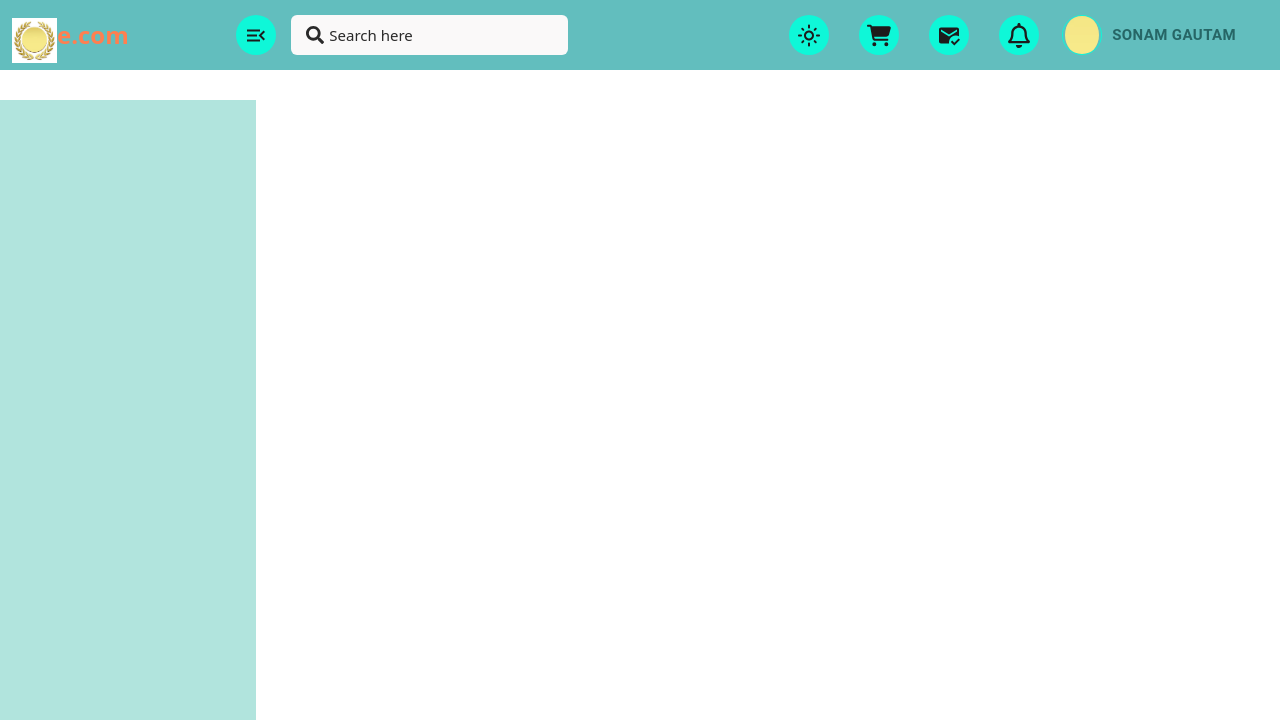
Repository: gautamsonam011/admin-react-dashboard
Page: /
An editor plug-in stored every save of this project. The page is shown before and after the next save, followed by the edit.
The browser window is 1280 px wide. The pictures show the whole page.
The project was rebuilt for these pictures with package versions that can differ from the ones it lists, and the page was loaded fresh each time.

Above is the page before, as saved 2025-04-15 14:27:24.

### src/App.js
import { BrowserRouter, Routes, Route } from 'react-router-dom';
import './App.css';
import 'bootstrap/dist/css/bootstrap.min.css';
import Dashboard from './pages/Dashboard/Dashboard';
import Header from "./components/Header/index";
import Sidebar from './components/Sidebar';

function App() {
  return (
    <BrowserRouter>
    <Header/>
    <div className='main d-flex'>
      <div className='sidebarWrapper'>
        <Sidebar/>
      </div>
    </div>
    <div className='content'>
    <Routes>
      <Route path = "/" exact={true} element={<Dashboard/>} />
    </Routes>
    </div>

    </BrowserRouter>
  );
}

export default App;

### src/App.css
@import url('https://fonts.googleapis.com/css2?family=Ubuntu:ital,wght@0,300;0,400;0,500;0,700;1,300;1,400;1,500;1,700&display=swap');

body{
  font-family: "Ubuntu", sans-serif;
  background-color: #f4f8f7;

}

header{
  width:100%;
  height: 70px;
  background-color:#62bebe;
  position: fixed;
  top:0px;
  left:0px;
  z-index: 1000;
}
header .logo{
  text-decoration: none;
}
header .logo img{
  margin-top: 10px;
  width:45px;

}

header .logo span{
color: coral;
font-weight: bolder;
font-size: 24px;
}
header button.rounded-circle{min-width:40px !important; width:40px !important; height: 40px !important; background-color:#0ff7d8 !important; margin: 15px;}
header button.rounded-circle svg{color:rgb(29, 27, 27); font-size: 25px !important; transition: all 0.2s ease-in-out;}
header button.rounded-circle:hover svg{color: #2585d4 !important;}
.searchBox{width:400px; height: 40px; background-color:#faf9f9; border-radius: 6px;padding: 3px 15px;}
.searchBox input{background: transparent;border:0px; outline:none; padding-left: 5px; font-size: 15px; color:#292929}
.searchBox input::-webkit-input-placeholder{color:#292929}
.searchBox svg{font-size: 18px; color:#292929 ;}

.userImg{display: flex; align-items:center; justify-content: center; overflow: hidden; width:40px; height: 40px; border:1px solid #0ff7d8; padding: 2px; border-radius: 100%;}
.userImg .rounded-circle{display: flex; align-items:center; justify-content: center; overflow: hidden; width: 40px; height: 40px; cursor: pointer; position: relative;}
.userImg .rounded-circle .img{object-fit: cover; width: 100%;}
.userInfo{padding-left: 10px;}
.userInfo h5{font-size: 15px; font-weight: 600; margin-bottom:0px; color: #266666;}

#account-menu li{font-size: 14px !important;}
#account-menu li svg{font-size: 20px !important}

.dropdown-info{padding-left: 6px;}
.dropdown-info h4{font-size: 15px; font-weight:600;margin-top: 2px; white-space: break-space; line-height: 21px;}
.dropdown-info p{font-size: 10px; color: #2585d4;}


/* Style for sidebar  */

.main .sidebarWrapper{width: 20%; flex: 0 0 20%; transition: all 0.3s ease-in-out;}
.main .sidebarWrapper .sidebar{width:20%; height: 100vh; position:fixed; top: 100px; left:0px; background:#b1e4dd;}

### src/pages/Dashboard/Dashboard.jsx
const Dashboard = () =>{
    return (
        <>
        <h1>Dashboard</h1>
        </>
    )
}

export default Dashboard;

### src/components/Header/index.jsx
import React, { useState } from 'react';
import { Link } from "react-router-dom";
import logo from "../../assests/images/logo.jpg";
import Button from '@mui/material/Button';
import { MdMenuOpen } from "react-icons/md";
// import { MdOutlineMenu } from "react-icons/md";
import SearchBox from "../SearchBox";
import { MdOutlineLightMode } from "react-icons/md";
// import { MdDarkMode } from "react-icons/md";
import { FaCartShopping } from "react-icons/fa6";
import { MdMarkEmailRead } from "react-icons/md";
import { FaRegBell } from "react-icons/fa";


import Avatar from '@mui/material/Avatar';
import Menu from '@mui/material/Menu';
import MenuItem from '@mui/material/MenuItem';
import ListItemIcon from '@mui/material/ListItemIcon';
import Divider from '@mui/material/Divider';
import { FaShieldAlt } from "react-icons/fa";
import Settings from '@mui/icons-material/Settings';
import Logout from '@mui/icons-material/Logout';

const Header = () => {
    const [anchorEl, setAnchorEl] = useState(null);
    const [anchorElNotification, setAnchorElNotification] = useState(null);

    const open = Boolean(anchorEl);

    const handleOpenMyAccountDropdown = (event) => {
        if (anchorEl) {
            setAnchorEl(null);
        } else {
            setAnchorEl(event.currentTarget);
        }
    };

    const handleOpenMyAccountDropdownClose = () => {
        setAnchorEl(null);
    };

    // For Notification dropdown
    const handleOpennotificationsDrop = (event) => {
        setAnchorElNotification(event.currentTarget);
    };

    const handleClosenotificationsDrop = () => {
        setAnchorElNotification(null);
    };



    return (
        <>
            <header>
                <div className="container-fluid">
                    <div className="row d-flex align-items-center w-100">
                        {/* logo */}
                        <div className="col-sm-2">
                            <Link to="/" className="d-flex align-items-center logo">
                                <img src={logo} alt="logo" />
                                <span className="ml-2">e.com</span>
                            </Link>
                        </div>
                        <div className="col-sm-3 d-flex align-items-center pl-4">
                            <Button className="rounded-circle"><MdMenuOpen /></Button>
                            <SearchBox />
                        </div>
                        <div className="col-sm-7 d-flex align-items-center justify-content-end part3">
                            <Button className="rounded-circle"><MdOutlineLightMode /></Button>
                            <Button className="rounded-circle"><FaCartShopping /></Button>
                            <Button className="rounded-circle"><MdMarkEmailRead /></Button>
                            <Button className="rounded-circle" onClick={handleOpennotificationsDrop}>
                                <FaRegBell />
                            </Button>
                            <Menu
                                anchorEl={anchorElNotification}
                                open={Boolean(anchorElNotification)}
                                onClose={handleClosenotificationsDrop}
                                onClick={handleClosenotificationsDrop}
                                slotProps={{
                                    paper: {
                                        elevation: 0,
                                        sx: {
                                            overflow: 'visible',
                                            filter: 'drop-shadow(0px 2px 8px rgba(0,0,0,0.32))',
                                            mt: 1.5,
                                            '&::before': {
                                                content: '""',
                                                display: 'block',
                                                position: 'absolute',
                                                top: 0,
                                                right: 14,
                                                width: 10,
                                                height: 10,
                                                bgcolor: 'background.paper',
                                                transform: 'translateY(-50%) rotate(45deg)',
                                                zIndex: 0,
                                            },
                                        },
                                    },
                                }}
                                transformOrigin={{ horizontal: 'right', vertical: 'top' }}
                                anchorOrigin={{ horizontal: 'right', vertical: 'bottom' }}
                            >
                                <MenuItem onClick={handleClosenotificationsDrop}>
                                    Orders(12)
                                </MenuItem>
                                <Divider className="mb-2" />
                                <MenuItem onClick={handleClosenotificationsDrop}>
                                    <div className="d-flex align-items-center dropdown-list">

                                        <div className="userImg">
                                        <span className="rounded-circle">
                                            <img src={logo} alt="profile" />
                                        </span>

                                    </div>
                                    <div className='dropdown-info'>
                                        <h4><b>Sona</b> added Leather New Shoes</h4>
                                        <p>Few minutes ago</p>
                                    </div>
                                    </div>

                                </MenuItem>
                                <MenuItem onClick={handleClosenotificationsDrop}>
                                    <div className="d-flex align-items-center dropdown-list">

                                        <div className="userImg">
                                        <span className="rounded-circle">
                                            <img src={logo} alt="profile" />
                                        </span>

                                    </div>
                                    <div className='dropdown-info'>
                                        <h4><b>Sona</b> added Leather New Shoes</h4>
                                        <p>Few minutes ago</p>
                                    </div>
                                    </div>

                                </MenuItem>
                            </Menu>

                            <div className="myAccountWrapper">
                                <Button className="myAccount d-flex align-items-center" onClick={handleOpenMyAccountDropdown}>
                                    <div className="userImg">
                                        <span className="rounded-circle">
                                            <img src={logo} alt="profile" />
                                        </span>

                                    </div>
                                    <div className="userInfo">
                                        <h5>Sonam Gautam</h5>
                                    </div>

                                    <Menu
                                        anchorEl={anchorEl}
                                        id="account-menu"
                                        open={open}
                                        onClose={handleOpenMyAccountDropdownClose}
                                        onClick={handleOpenMyAccountDropdownClose}
                                        slotProps={{
                                            paper: {
                                                elevation: 0,
                                                sx: {
                                                    overflow: 'visible',
                                                    filter: 'drop-shadow(0px 2px 8px rgba(0,0,0,0.32))',
                                                    mt: 1.5,
                                                    '& .MuiAvatar-root': {
                                                        width: 32,
                                                        height: 32,
                                                        ml: -0.5,
                                                        mr: 1,
                                                    },
                                                    '&::before': {
                                                        content: '""',
                                                        display: 'block',
                                                        position: 'absolute',
                                                        top: 0,
                                                        right: 14,
                                                        width: 10,
                                                        height: 10,
                                                        bgcolor: 'background.paper',
                                                        transform: 'translateY(-50%) rotate(45deg)',
                                                        zIndex: 0,
                                                    },
                                                },
                                            },
                                        }}
                                        transformOrigin={{ horizontal: 'right', vertical: 'top' }}
                                        anchorOrigin={{ horizontal: 'right', vertical: 'bottom' }}
                                    >
                                        <MenuItem onClick={handleOpenMyAccountDropdownClose}>
                                            <Avatar /> Profile
                                        </MenuItem>
                                        <Divider />
                                        <MenuItem onClick={handleOpenMyAccountDropdownClose}>
                                            <ListItemIcon>
                                                <FaShieldAlt fontSize="small" />
                                            </ListItemIcon>
                                            Reset Password
                                        </MenuItem>
                                        <MenuItem onClick={handleOpenMyAccountDropdownClose}>
                                            <ListItemIcon>
                                                <Settings fontSize="small" />
                                            </ListItemIcon>
                                            Settings
                                        </MenuItem>
                                        <MenuItem onClick={handleOpenMyAccountDropdownClose}>
                                            <ListItemIcon>
                                                <Logout fontSize="small" />
                                            </ListItemIcon>
                                            Logout
                                        </MenuItem>
                                    </Menu>
                                </Button>
                            </div>
                        </div>
                    </div>
                </div>
            </header>
        </>
    )
}

export default Header

### src/components/Sidebar/index.jsx
const Sidebar = () =>{

    return(
        <div className="sidebar">

        </div>
    )
}

export default Sidebar

### src/components/SearchBox.jsx
import { FaSearch } from "react-icons/fa";

const SearchBox = () =>{
    return (
        <div className="searchBox position-relative d-flex align-items-center">
            <FaSearch className="mr-2" />
            <input type="text" placeholder="Search here"  />
        </div>
    )
}

export default SearchBox;

Loaded but not shown: public/index.html (common file); src/index.js (common file); src/reportWebVitals.js (common file)

After the next save:
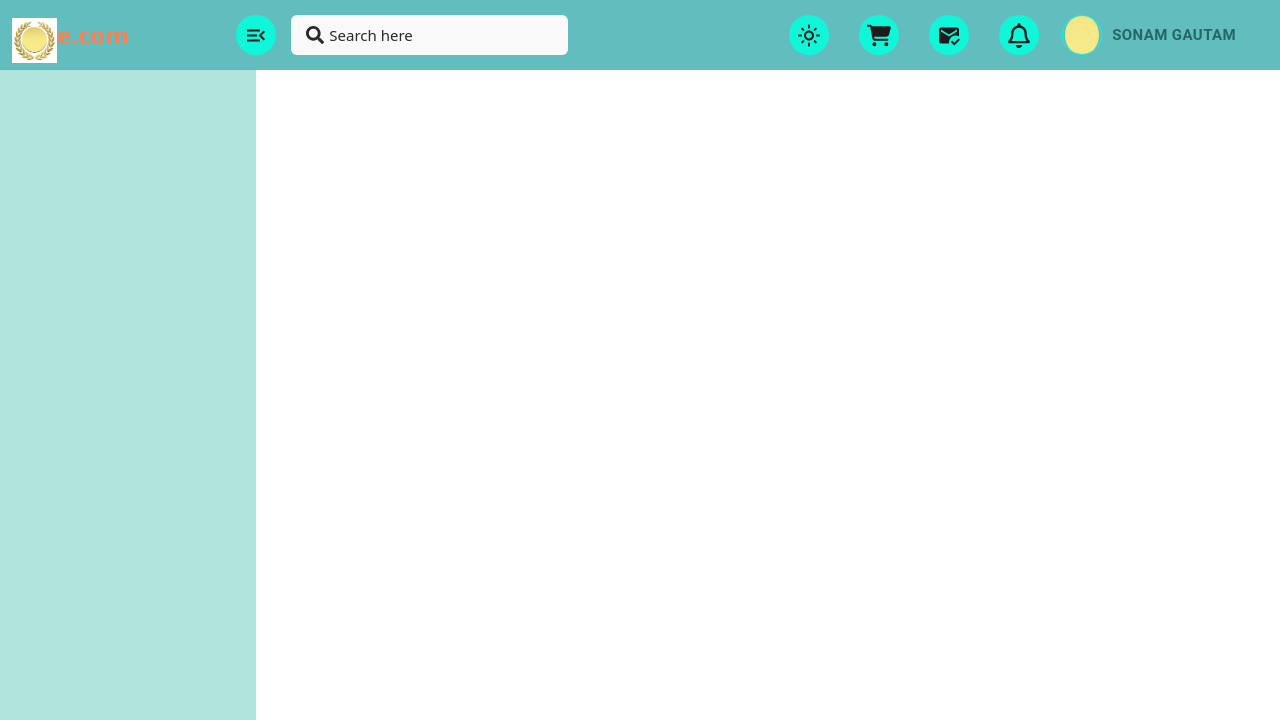
Saved 14 s later.
--- a/src/App.css
+++ b/src/App.css
@@ -54,4 +54,4 @@ header button.rounded-circle:hover svg{color: #2585d4 !important;}
 /* Style for sidebar  */
 
 .main .sidebarWrapper{width: 20%; flex: 0 0 20%; transition: all 0.3s ease-in-out;}
-.main .sidebarWrapper .sidebar{width:20%; height: 100vh; position:fixed; top: 100px; left:0px; background:#b1e4dd;}
+.main .sidebarWrapper .sidebar{width:20%; height: 100vh; position:fixed; top: 70px; left:0px; background:#b1e4dd;}
